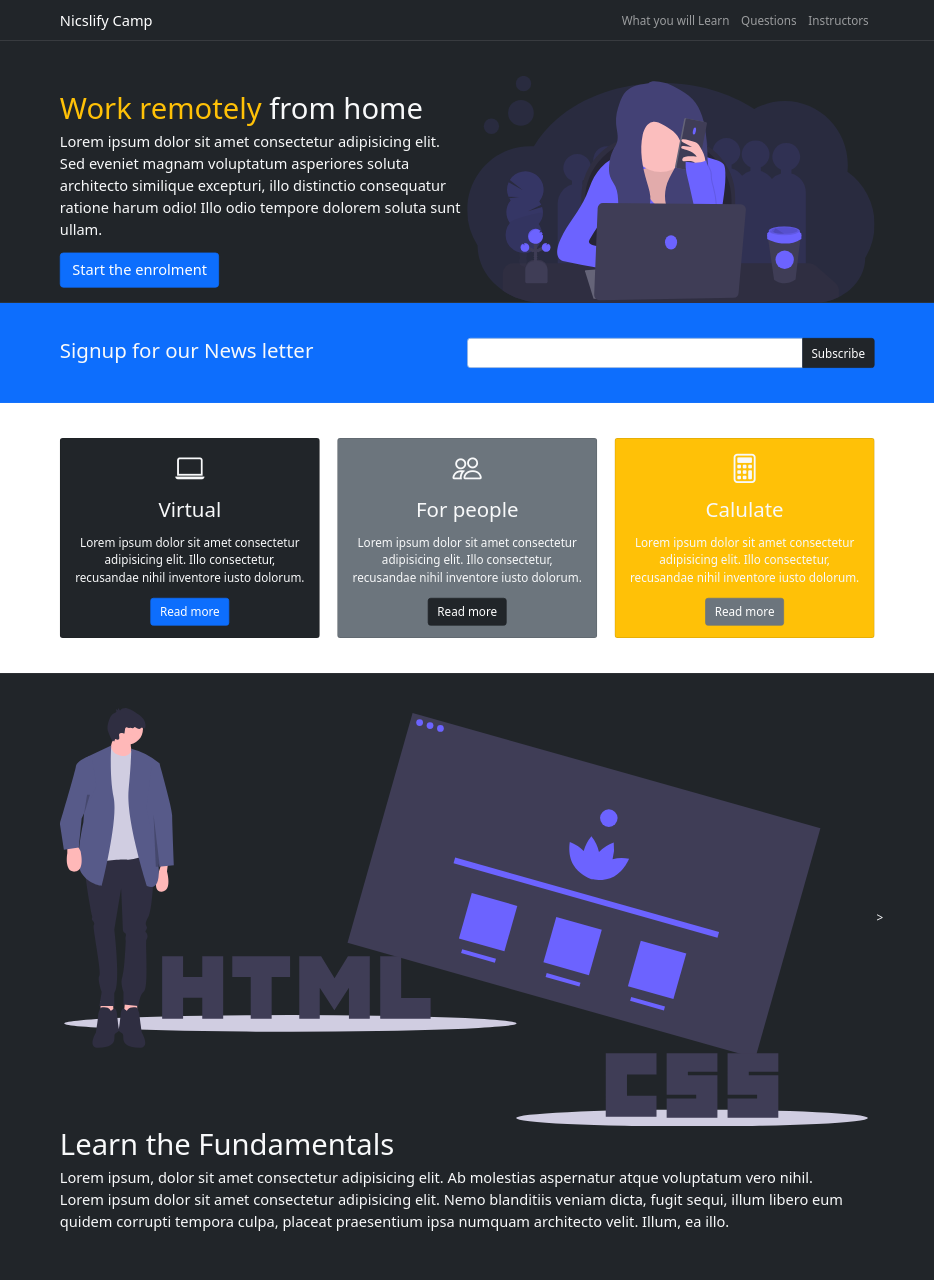
Repository: Eugene44-hub/enrollment-site
Page: index.html
The author's editor kept a copy of each file at every save. The page is drawn from the files as they stood at one save, then again after the next save.
The browser window is 1280 px wide. The pictures show the whole page, at 73% of full size.
Some web libraries are served in a nearby version.

Above is the page before, as saved 2021-10-20 10:50:30.

After the next save:
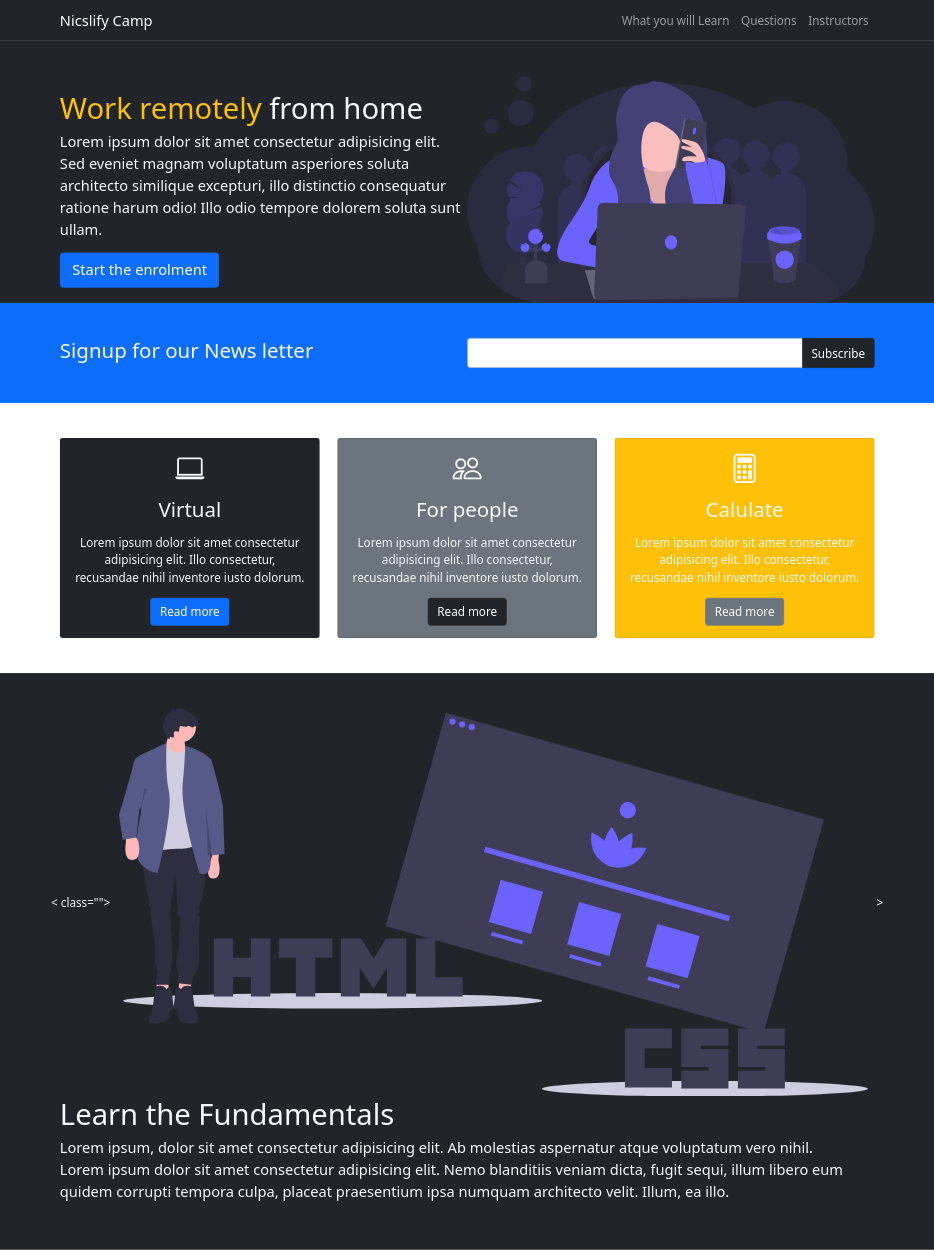
Saved 5 s later.
--- a/index.html
+++ b/index.html
@@ -121,7 +121,7 @@
         <div class="container">
             <div class="row align-items-center">
 
-                <div class=""></div> <img src="frontend.svg" class="image-fluid w-50 col-md m-auto" alt=" ">></div>
+                < class=""> <img src="frontend.svg" class="image-fluid w-50 col-md m-auto" alt=" ">></div>
 
 
 

After the save that followed:
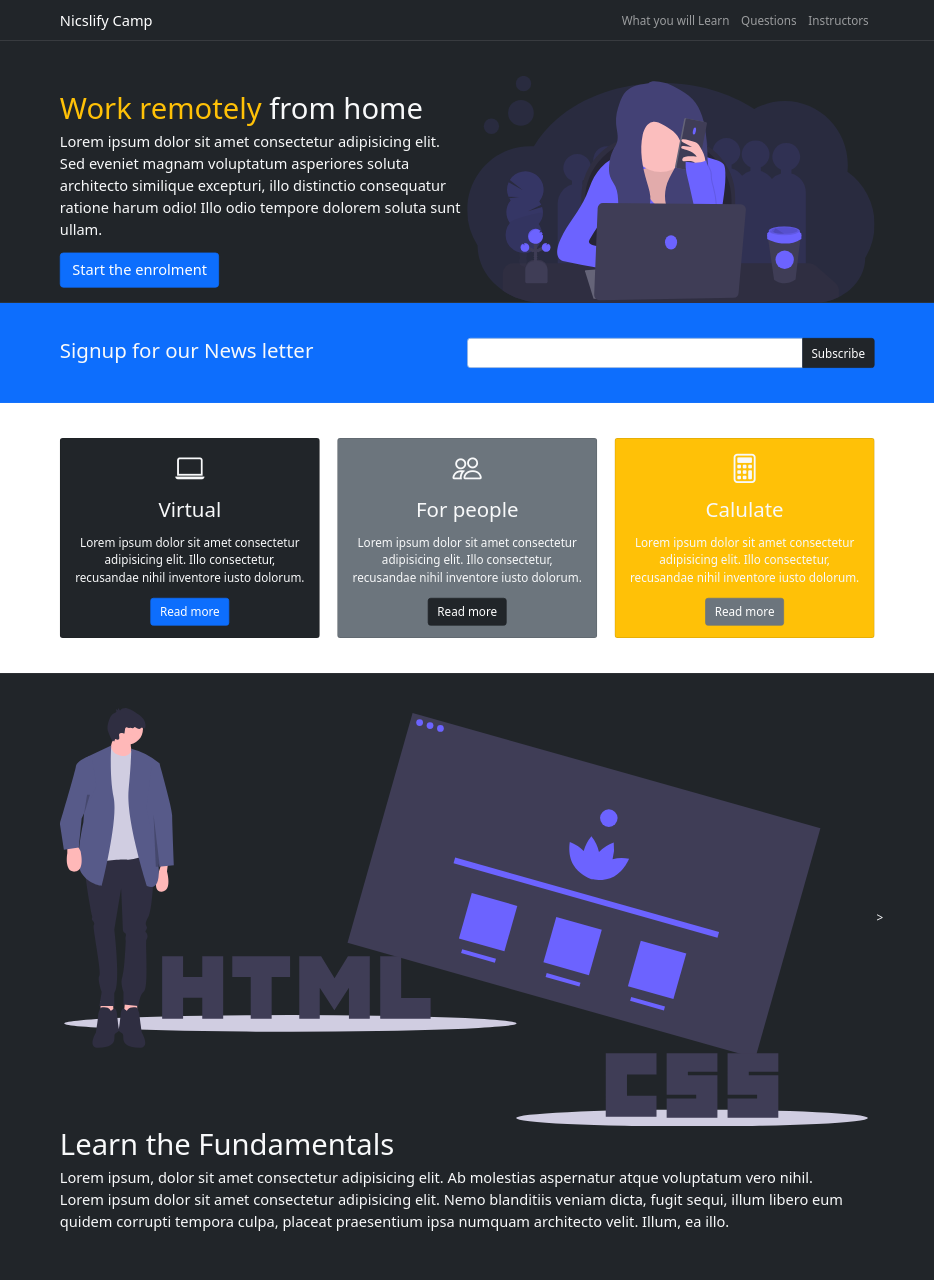
Saved 8 s later.
--- a/index.html
+++ b/index.html
@@ -121,7 +121,7 @@
         <div class="container">
             <div class="row align-items-center">
 
-                < class=""> <img src="frontend.svg" class="image-fluid w-50 col-md m-auto" alt=" ">></div>
+                <class class=""></class> <img src="frontend.svg" class="image-fluid w-50 col-md m-auto" alt=" ">></div>
 
 
 
